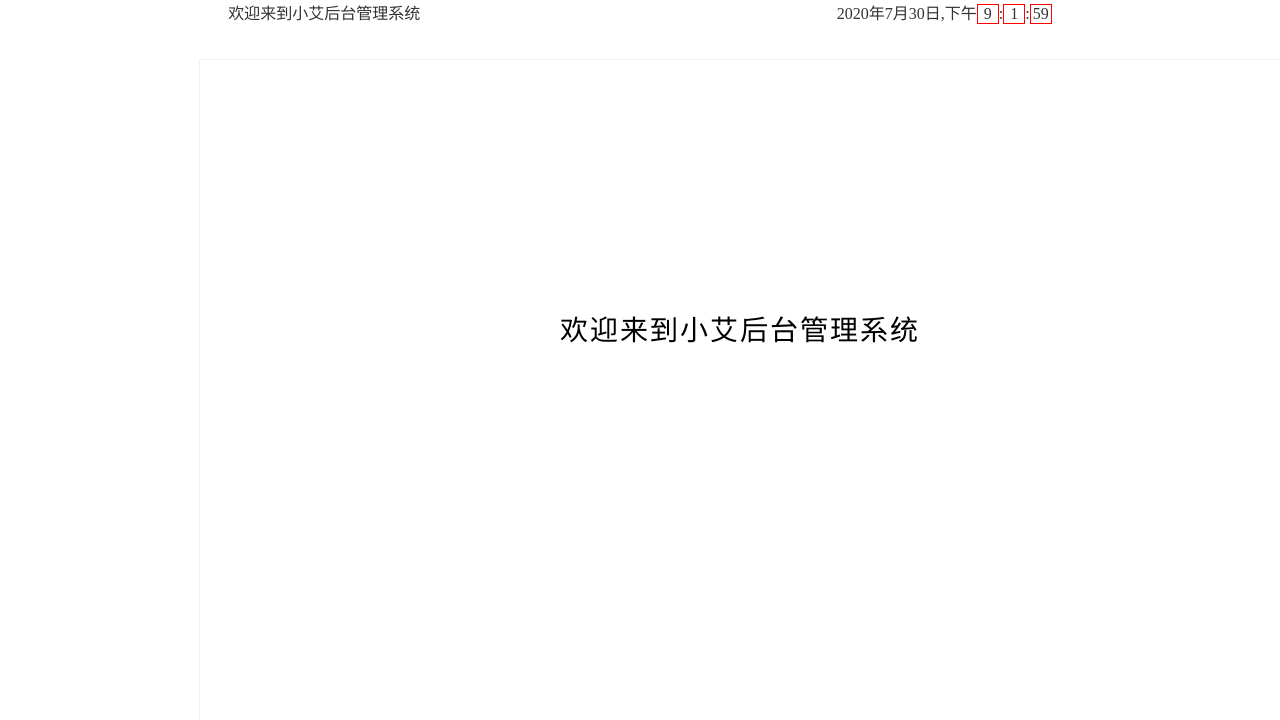
Repository: noob-injoker/router-slots-cw-ee
Page: /
These files come from the project's save history. The page is drawn as it stood at one moment and after the next save; the edit follows.
The browser window is 1280 px wide. The pictures show the whole page.
The page's requests for data from a server got no answer. The project was rebuilt for these pictures with package versions that can differ from the ones it lists, and the page was loaded fresh each time. No one was signed in, and anything a server would have sent is missing. Also part of the build but not shown: vue.config.js.

Above is the page before, as saved 2020-08-30 21:24:23.

After the next save:
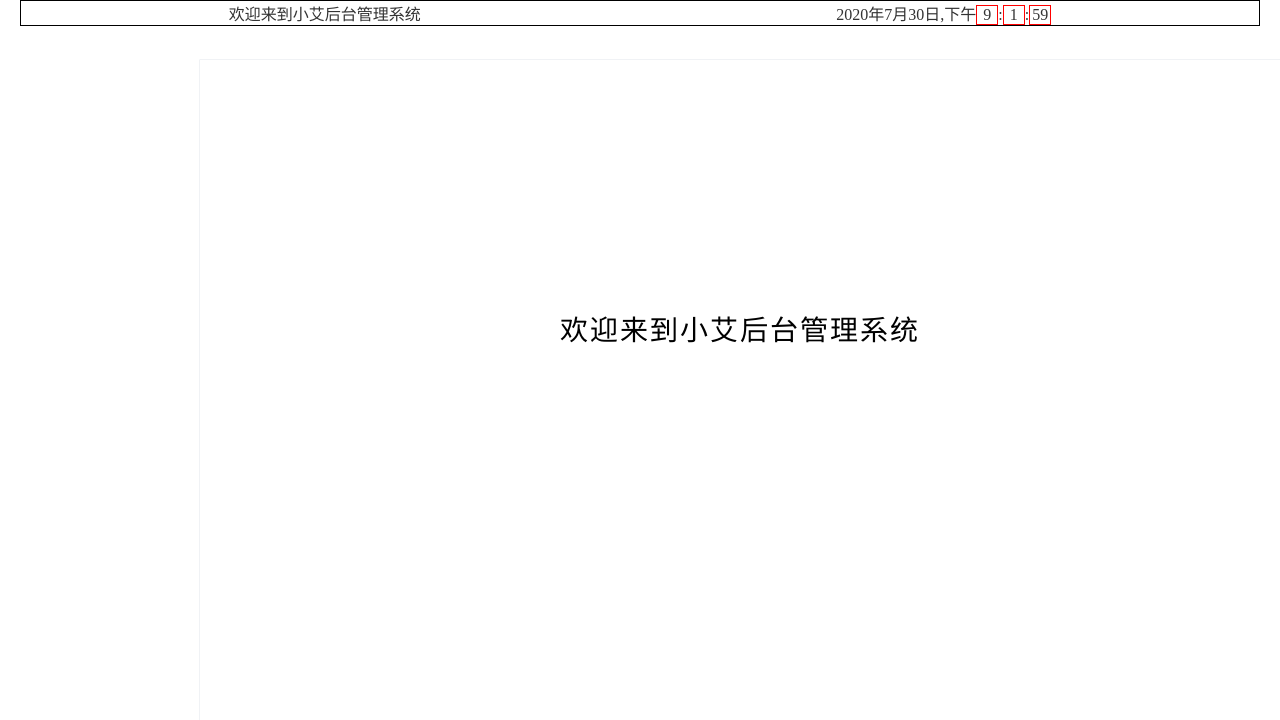
Saved 21 s later.
--- a/src/components/nav/headerNav.vue
+++ b/src/components/nav/headerNav.vue
@@ -1,5 +1,5 @@
 <template>
-<div class="df j-around a-center">
+<div class="df b1 j-around a-center">
   <div>欢迎来到小艾后台管理系统</div>
   <div>
     <div v-if="date">{{year}}年{{month}}月{{day}}日,下午<span>{{hours}}</span>:<span>{{minuts}}</span>:<span>{{secondes}}</span></div>
